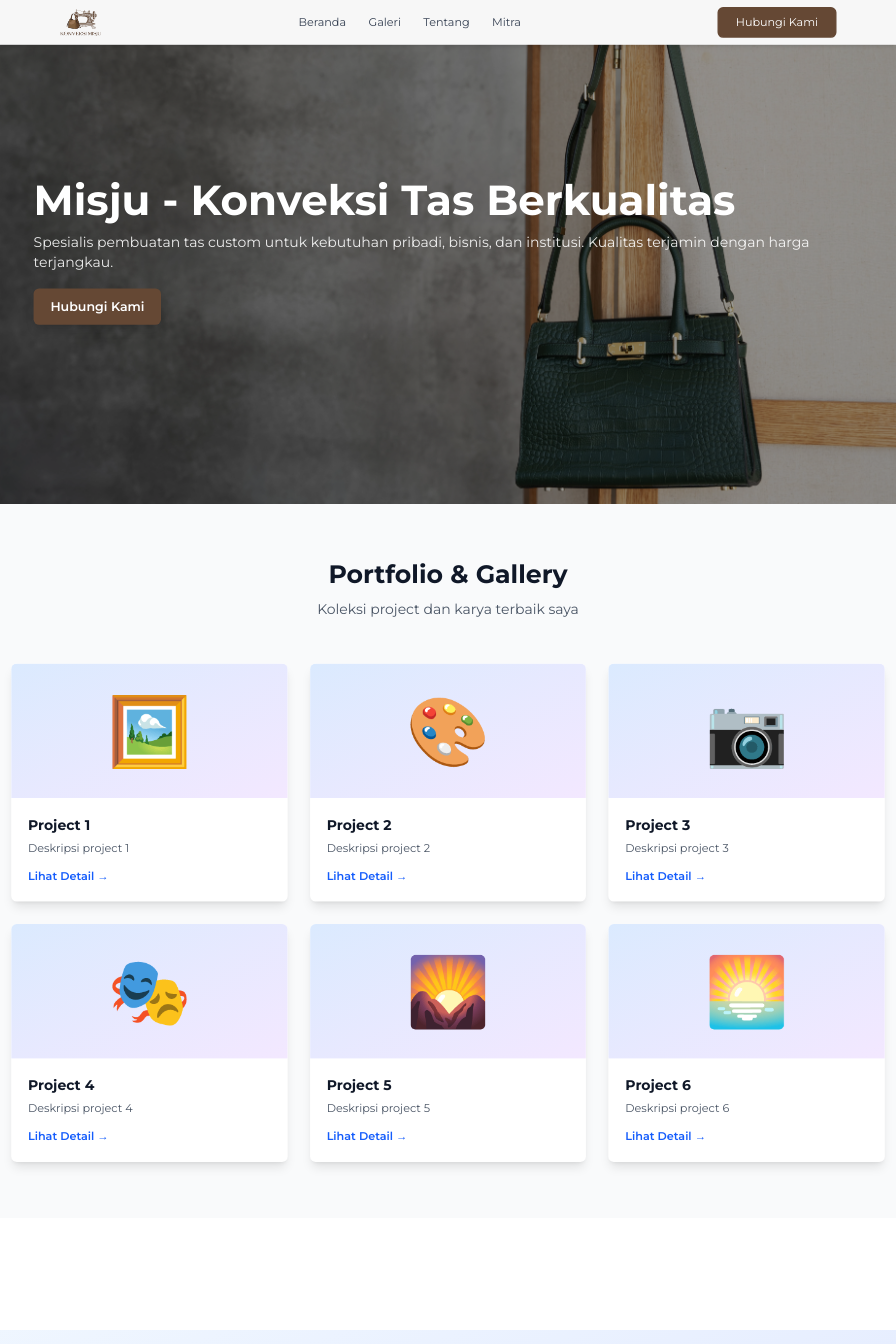
Repository: faridfirdaus-fred/konveksi_misju
Page: /
An editor plug-in stored every save of this project. The page is shown before and after the next save, followed by the edit.
The browser window is 1280 px wide. The pictures show the part of the page from y = 0 to 1920 px (the page is 3133 px tall), at 70% of full size.
The project was rebuilt for these pictures with package versions that can differ from the ones it lists, and the page was loaded fresh each time. Also part of the build but not shown: vite.config.js.

Above is the page before, as saved 2026-01-08 20:45:40.

### index.html
<!doctype html>
<html lang="en">
  <head>
    <meta charset="UTF-8" />
    <link rel="icon" type="image/svg+xml" href="/vite.svg" />
    <meta name="viewport" content="width=device-width, initial-scale=1.0" />
    <link rel="preconnect" href="https://fonts.googleapis.com">
    <link rel="preconnect" href="https://fonts.gstatic.com" crossorigin>
    <link href="https://fonts.googleapis.com/css2?family=Montserrat:wght@300;400;500;600;700;800&display=swap" rel="stylesheet">
    <title>portfolio_misju</title>
  </head>
  <body>
    <div id="root"></div>
    <script type="module" src="/src/main.jsx"></script>
  </body>
</html>

### src/index.css
@import "tailwindcss";

@theme {
  --color-primary: #654834;
  --color-secondary: #F7F7F7;
}

### src/App.jsx
import './App.css'
import Navbar from './components/Navbar'
import Hero from './components/Hero'
import Partners from './components/Partners'
import Gallery from './components/Gallery'
import About from './components/About'
import Footer from './components/Footer'
import Hero_Bottom from './components/Hero_Bottom'

function App() {
  return (
    <div className="min-h-screen bg-gray-50">
      <Navbar />
      <Hero />
      <Gallery />
      <About />
      <Hero_Bottom />
      <Partners />
      <Footer />
    </div>
  )
}

export default App

### src/App.css
/* Custom styles for portfolio */
html {
  scroll-behavior: smooth;
}

body {
  font-family: "Montserrat", sans-serif;
  font-optical-sizing: auto;
}

### src/components/Navbar.jsx
import { useState } from 'react'
import logo from '../assets/logo.webp'

function Navbar() {
    const [isMobileMenuOpen, setIsMobileMenuOpen] = useState(false)

    const scrollToSection = (id) => {
        const element = document.getElementById(id)
        if (element) {
            element.scrollIntoView({ behavior: 'smooth' })
        }
        setIsMobileMenuOpen(false)
    }

    return (
        <nav className="fixed top-0 left-0 right-0 bg-secondary shadow-md z-50">
            <div className="w-11/12 md:11/12 mx-auto px-4 sm:px-6 lg:px-8">
                <div className="flex justify-between items-center h-16">
                    {/* Logo - Kiri */}
                    <div className="shrink-0">
                        <a href="#home" className="flex items-center">
                            <img src={logo} alt="MyPortfolio Logo" className="h-10 w-auto" />
                        </a>
                    </div>

                    {/* Navigation - Tengah (Desktop) */}
                    <div className="hidden md:flex space-x-8">
                        <button onClick={() => scrollToSection('home')} className="text-gray-700 hover:text-primary transition">
                            Beranda
                        </button>

                        <button onClick={() => scrollToSection('gallery')} className="text-gray-700 hover:text-primary transition">
                            Galeri
                        </button>
                        <button onClick={() => scrollToSection('about')} className="text-gray-700 hover:text-primary transition">
                            Tentang
                        </button>
                         <button onClick={() => scrollToSection('partners')} className="text-gray-700 hover:text-primary transition">
                            Mitra
                        </button>
                    </div>

                    {/* Contact Button - Kanan */}
                    <div className="hidden md:block">
                        <a
                            href="https://wa.me/6285318217545"
                            target="_blank"
                            rel="noopener noreferrer"
                            className="inline-block bg-primary text-white px-6 py-2 rounded-lg transition hover:bg-secondary hover:text-primary border-2 border-primary"
                        >
                            Hubungi Kami
                        </a>
                    </div>

                    {/* Mobile menu button */}
                    <div className="md:hidden">
                        <button
                            onClick={() => setIsMobileMenuOpen(!isMobileMenuOpen)}
                            className="text-gray-700 hover:text-blue-600"
                        >
                            <svg className="h-6 w-6" fill="none" viewBox="0 0 24 24" stroke="currentColor">
                                <path strokeLinecap="round" strokeLinejoin="round" strokeWidth={2} d={isMobileMenuOpen ? "M6 18L18 6M6 6l12 12" : "M4 6h16M4 12h16M4 18h16"} />
                            </svg>
                        </button>
                    </div>
                </div>
            </div>

            {/* Mobile menu */}
            {isMobileMenuOpen && (
                <div className="md:hidden bg-white border-t">
                    <div className="px-2 pt-2 pb-3 space-y-1">
                        <button onClick={() => scrollToSection('home')} className="block w-full text-left px-3 py-2 text-gray-700 hover:bg-gray-100">
                            Beranda
                        </button>
                        <button onClick={() => scrollToSection('partners')} className="block w-full text-left px-3 py-2 text-gray-700 hover:bg-gray-100">
                            Mitra
                        </button>
                        <button onClick={() => scrollToSection('gallery')} className="block w-full text-left px-3 py-2 text-gray-700 hover:bg-gray-100">
                            Galeri
                        </button>
                        <button onClick={() => scrollToSection('about')} className="block w-full text-left px-3 py-2 text-gray-700 hover:bg-gray-100">
                            Tentang
                        </button>
                        <a
                            href="https://wa.me/6285318217545"
                            target="_blank"
                            rel="noopener noreferrer"
                            className="block w-full text-center px-3 py-2 bg-blue-600 text-white hover:bg-blue-700 rounded"
                        >
                            Kontak
                        </a>
                    </div>
                </div>
            )}
        </nav>
    )
}

export default Navbar

### src/components/Hero.jsx
import hero from '../assets/hero.webp'

function Hero() {

  return (
    <section
      id="home"
      className="min-h-screen w-full flex items-center relative bg-cover bg-center bg-no-repeat"
      style={{
        backgroundImage: `url(${hero})`
      }}
    >
      {/* Overlay */}
      <div className="absolute inset-0 bg-black/40"></div>

      {/* Content */}
      <div className="relative z-10 w-full mx-auto md:px-12">
        <div className=" text-start">
          <h1 className="text-4xl md:text-6xl font-bold text-white mb-4">
            Misju - Konveksi Tas Berkualitas
          </h1>
          <p className="text-lg md:text-xl text-white/90 mb-6">
            Spesialis pembuatan tas custom untuk kebutuhan pribadi, bisnis, dan institusi. Kualitas terjamin dengan harga terjangkau.
          </p>
          <div className="flex flex-wrap gap-4">
            <a
              href="https://wa.me/6285318217545"
              target="_blank"
              rel="noopener noreferrer"
              className="bg-primary text-white px-6 py-3 rounded-lg text-lg font-semibold hover:bg-secondary hover:text-primary transition shadow-lg"
            >
              Hubungi Kami
            </a>
          </div>
        </div>
      </div>
    </section>
  )
}

export default Hero

### src/components/Partners.jsx
function Partners() {
  const partners = [
    { id: 1, name: 'Company 1', logo: '🏢' },
    { id: 2, name: 'Company 2', logo: '🏭' },
    { id: 3, name: 'Company 3', logo: '🏪' },
    { id: 4, name: 'Company 4', logo: '🏛️' },
    { id: 5, name: 'Company 5', logo: '🏦' },
  ]

  return (
    <section id="partners" className="py-20 px-4 bg-white">
      <div className="max-w-7xl mx-auto">
        <div className="text-center mb-16">
          <h2 className="text-4xl font-bold text-gray-900 mb-4">
            Perusahaan yang Telah Bekerja Sama
          </h2>
          <p className="text-xl text-gray-600">
            Dipercaya oleh berbagai perusahaan terkemuka
          </p>
        </div>
        <div className="grid grid-cols-2 md:grid-cols-3 lg:grid-cols-5 gap-8">
          {partners.map((partner) => (
            <div key={partner.id} className="flex flex-col items-center justify-center p-6 bg-gray-50 rounded-lg hover:shadow-lg transition">
              <div className="text-6xl mb-4">{partner.logo}</div>
              <p className="text-gray-700 font-semibold">{partner.name}</p>
            </div>
          ))}
        </div>
      </div>
    </section>
  )
}

export default Partners

### src/components/Gallery.jsx
function Gallery() {
  const galleryItems = [
    { id: 1, title: 'Project 1', image: '🖼️', description: 'Deskripsi project 1' },
    { id: 2, title: 'Project 2', image: '🎨', description: 'Deskripsi project 2' },
    { id: 3, title: 'Project 3', image: '📷', description: 'Deskripsi project 3' },
    { id: 4, title: 'Project 4', image: '🎭', description: 'Deskripsi project 4' },
    { id: 5, title: 'Project 5', image: '🌄', description: 'Deskripsi project 5' },
    { id: 6, title: 'Project 6', image: '🌅', description: 'Deskripsi project 6' },
  ]

  return (
    <section id="gallery" className="py-20 px-4 bg-gray-50">
      <div className="max-w-7xl mx-auto">
        <div className="text-center mb-16">
          <h2 className="text-4xl font-bold text-gray-900 mb-4">
            Portfolio & Gallery
          </h2>
          <p className="text-xl text-gray-600">
            Koleksi project dan karya terbaik saya
          </p>
        </div>
        <div className="grid grid-cols-1 md:grid-cols-2 lg:grid-cols-3 gap-8">
          {galleryItems.map((item) => (
            <div key={item.id} className="bg-white rounded-lg overflow-hidden shadow-lg hover:shadow-xl transition">
              <div className="h-48 bg-gradient-to-br from-blue-100 to-purple-100 flex items-center justify-center text-8xl">
                {item.image}
              </div>
              <div className="p-6">
                <h3 className="text-xl font-bold text-gray-900 mb-2">{item.title}</h3>
                <p className="text-gray-600">{item.description}</p>
                <button className="mt-4 text-blue-600 font-semibold hover:text-blue-700">
                  Lihat Detail →
                </button>
              </div>
            </div>
          ))}
        </div>
      </div>
    </section>
  )
}

export default Gallery

### src/components/About.jsx
function About() {
  return (
    <section id="about" className="py-20 px-4 bg-white ">
      <div className="max-w-7xl mx-auto">

      </div>
    </section>
  )
}

export default About

### src/components/Footer.jsx
function Footer() {
  const scrollToSection = (id) => {
    const element = document.getElementById(id)
    if (element) {
      element.scrollIntoView({ behavior: 'smooth' })
    }
  }

  return (
    <footer id="footer" className="bg-primary text-white py-12 px-4">
      <div className="max-w-7xl mx-auto">
        <div className="grid grid-cols-1 md:grid-cols-3 gap-8 mb-8">
          {/* About */}
          <div>
            <h3 className="text-2xl font-bold mb-4">MyPortfolio</h3>
            <p className="text-gray-400">
              Menciptakan solusi digital yang inovatif dan berkualitas untuk kesuksesan bisnis Anda
            </p>
          </div>

          {/* Quick Links */}
          <div>
            <h3 className="text-xl font-bold mb-4">Quick Links</h3>
            <ul className="space-y-2">
              <li>
                <button onClick={() => scrollToSection('home')} className="text-gray-400 hover:text-white transition">
                  Home
                </button>
              </li>
              <li>
                <button onClick={() => scrollToSection('partners')} className="text-gray-400 hover:text-white transition">
                  Partners
                </button>
              </li>
              <li>
                <button onClick={() => scrollToSection('gallery')} className="text-gray-400 hover:text-white transition">
                  Gallery
                </button>
              </li>
              <li>
                <button onClick={() => scrollToSection('about')} className="text-gray-400 hover:text-white transition">
                  About
                </button>
              </li>
            </ul>
          </div>

          {/* Contact */}
          <div>
            <h3 className="text-xl font-bold mb-4">Contact</h3>
            <ul className="space-y-2 text-gray-400">
              <li>📧 email@example.com</li>
              <li>📱 +62 123 4567 8900</li>
              <li>📍 Jakarta, Indonesia</li>
            </ul>
            <div className="flex gap-4 mt-4">
              <a href="#" className="text-2xl hover:text-blue-400 transition">🔗</a>
              <a href="#" className="text-2xl hover:text-blue-400 transition">💼</a>
              <a href="#" className="text-2xl hover:text-blue-400 transition">📸</a>
            </div>
          </div>
        </div>

        <div className="border-t border-gray-800 pt-8 text-center text-gray-400">
          <p>&copy; 2026 MyPortfolio. All rights reserved.</p>
        </div>
      </div>
    </footer>
  )
}

export default Footer

### src/components/Hero_Bottom.jsx
function Hero_Bottom() {
  const scrollToSection = (id) => {
    const element = document.getElementById(id)
    if (element) {
      element.scrollIntoView({ behavior: 'smooth' })
    }
  }

  return (
    <section id="home" className="pt-24 pb-20 px-4 bg-gradient-to-br from-blue-50 to-indigo-100">
      <div className="max-w-7xl mx-auto">
        <div className="text-center">
          <h1 className="text-5xl md:text-6xl font-bold text-gray-900 mb-6">
            Selamat Datang di Portfolio Saya
          </h1>
          <p className="text-xl md:text-2xl text-gray-600 mb-8 max-w-3xl mx-auto">
            Saya adalah seorang profesional yang berpengalaman dalam menciptakan solusi digital yang inovatif dan berkualitas tinggi
          </p>
          <div className="flex justify-center gap-4">
            <button onClick={() => scrollToSection('gallery')} className="bg-blue-600 text-white px-8 py-3 rounded-lg text-lg font-semibold hover:bg-blue-700 transition">
              Lihat Portfolio
            </button>
            <button onClick={() => scrollToSection('footer')} className="bg-white text-blue-600 px-8 py-3 rounded-lg text-lg font-semibold border-2 border-blue-600 hover:bg-blue-50 transition">
              Hubungi Saya
            </button>
          </div>
        </div>
      </div>
    </section>
  )
}

export default Hero_Bottom

Loaded but not shown: src/main.jsx (common file)

After the next save:
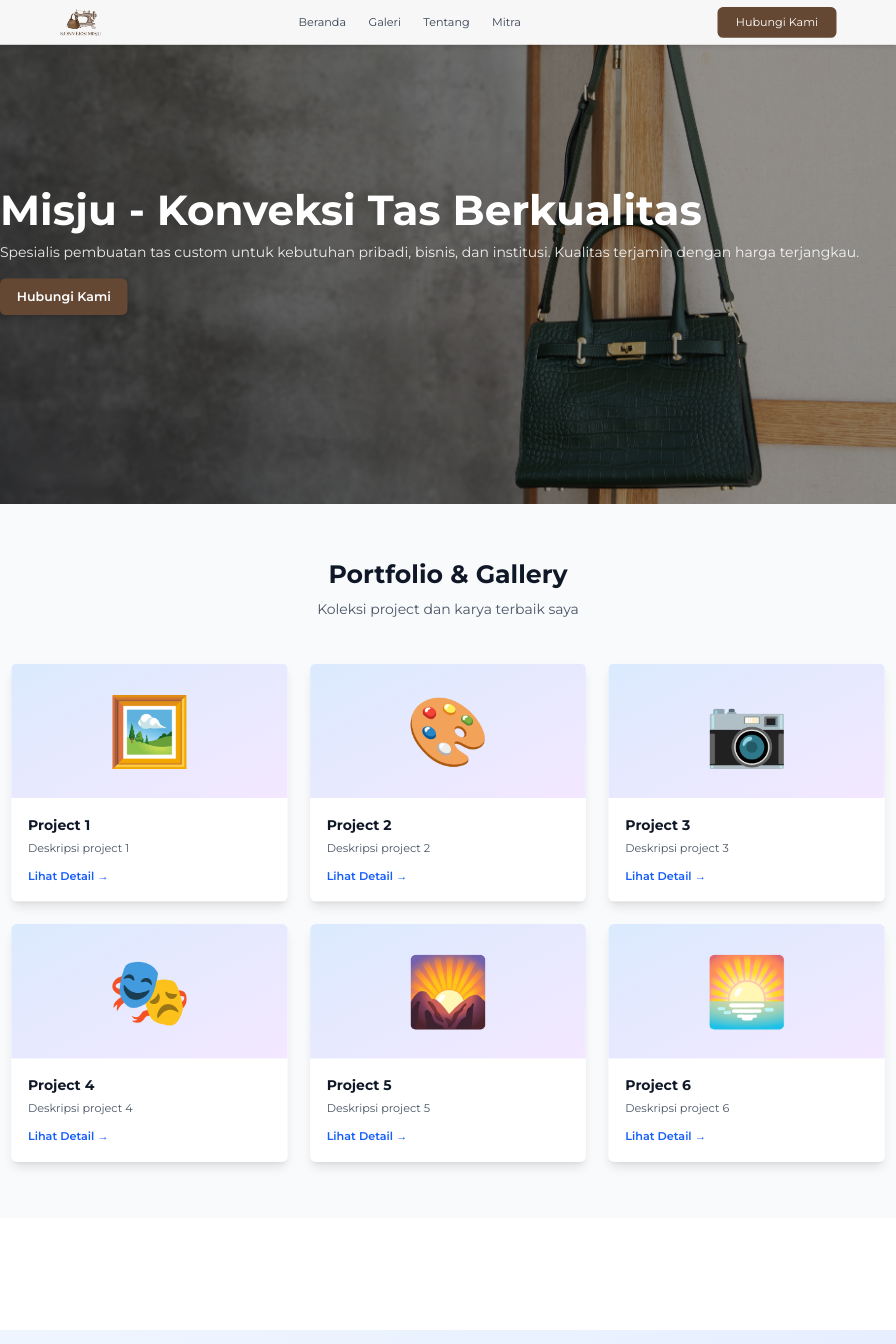
Saved 6 s later.
--- a/src/components/Hero.jsx
+++ b/src/components/Hero.jsx
@@ -14,7 +14,7 @@
       <div className="absolute inset-0 bg-black/40"></div>
 
       {/* Content */}
-      <div className="relative z-10 w-full mx-auto md:px-12">
+      <div className="relative z-10 w-full mx-auto">
         <div className=" text-start">
           <h1 className="text-4xl md:text-6xl font-bold text-white mb-4">
             Misju - Konveksi Tas Berkualitas
